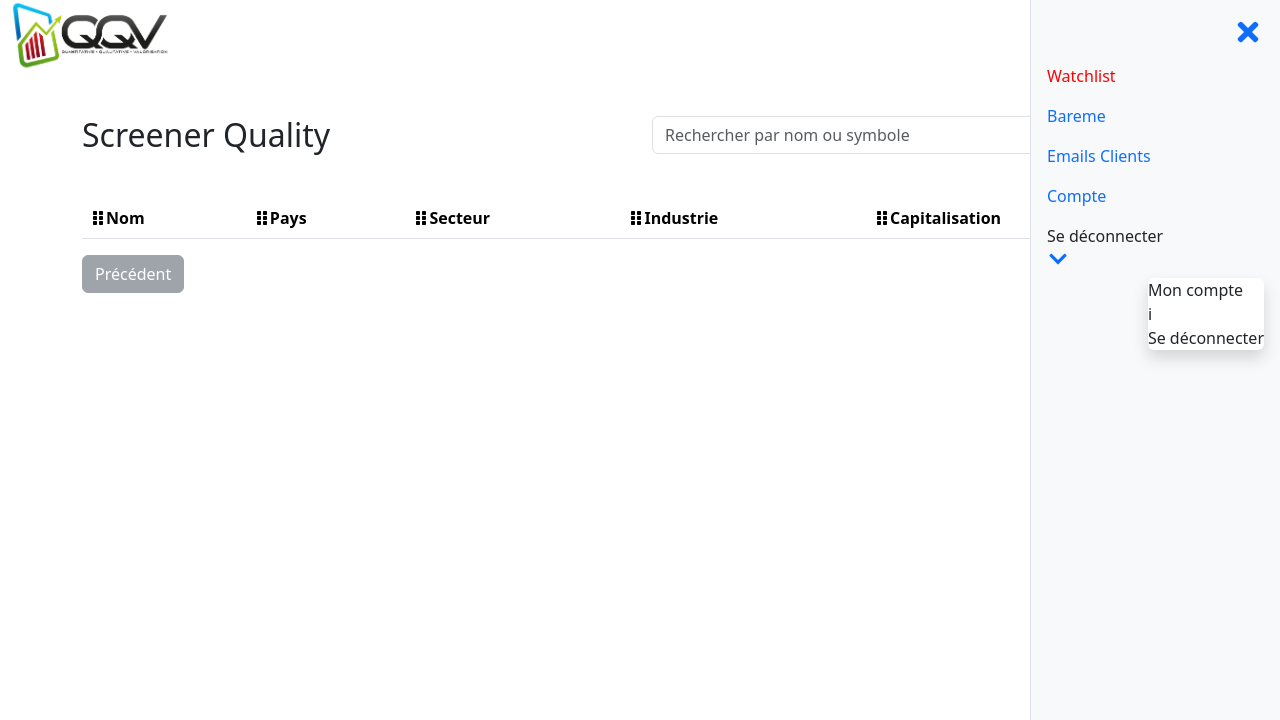
Repository: adamaadev/comeup
Page: /watchlist (app in admin/), after clicking the first element matching `button.btn`
These files come from the project's save history. The page is drawn as it stood at one moment and after the next save; the edit follows.
The browser window is 1280 px wide. The pictures show the whole page.
The page's requests for data from a server got no answer. The project was rebuilt for these pictures with package versions that can differ from the ones it lists, and the page was loaded fresh each time. No one was signed in, and anything a server would have sent is missing. Also part of the build but not shown: admin/src/pages/Auth/Login.js, admin/src/pages/Home/Prix.js, admin/src/pages/Home/Douve.js, admin/src/pages/Home/Scenario.js, admin/src/pages/Services/Questions.js, admin/src/pages/Home/Analyse.js, admin/src/pages/Home/Foire.js, admin/src/pages/Home/Quali.js and 9 more.

Above is the page before, as saved 2024-09-09 17:00:12.

### admin/public/index.html
<!DOCTYPE html>
<html lang="en">
  <head>
    <meta charset="utf-8" />
    <link rel="icon" href="%PUBLIC_URL%/favicon.ico" />
    <meta name="viewport" content="width=device-width, initial-scale=1" />
    <meta name="theme-color" content="#000000" />
    <meta
      name="description"
      content="Web site created using create-react-app"
    />
    <link rel="apple-touch-icon" href="%PUBLIC_URL%/logo192.png" />
    <link href='https://cdn.jsdelivr.net/npm/boxicons@2.0.9/css/boxicons.min.css' rel='stylesheet'>

    <!--
      manifest.json provides metadata used when your web app is installed on a
      user's mobile device or desktop. See https://developers.google.com/web/fundamentals/web-app-manifest/
    -->
    <link rel="manifest" href="%PUBLIC_URL%/manifest.json" />
    <!--
      Notice the use of %PUBLIC_URL% in the tags above.
      It will be replaced with the URL of the `public` folder during the build.
      Only files inside the `public` folder can be referenced from the HTML.

      Unlike "/favicon.ico" or "favicon.ico", "%PUBLIC_URL%/favicon.ico" will
      work correctly both with client-side routing and a non-root public URL.
      Learn how to configure a non-root public URL by running `npm run build`.
    -->
    <title>React App</title>
  </head>
  <body>
    <noscript>You need to enable JavaScript to run this app.</noscript>
    <div id="root"></div>
    <!--
      This HTML file is a template.
      If you open it directly in the browser, you will see an empty page.

      You can add webfonts, meta tags, or analytics to this file.
      The build step will place the bundled scripts into the <body> tag.

      To begin the development, run `npm start` or `yarn start`.
      To create a production bundle, use `npm run build` or `yarn build`.
    -->
  </body>
</html>

### admin/src/index.js
import React from 'react';
import App from './App';
import './pages/style/index.css';
import ReactDOM from 'react-dom/client';
import 'bootstrap/dist/css/bootstrap.min.css';

const root = ReactDOM.createRoot(document.getElementById('root'));
root.render(
    <App />
);

### admin/src/App.js
import React, { useEffect, useState } from 'react'
import axios from 'axios';
import Home from './pages/Home/Home';
import Login from './pages/Auth/Login';
import WatchList from './pages/Home/Watchlist';
import Details from './pages/Home/Details';
import Setting from './pages/Home/Setting';
import Forget from './pages/Auth/Forget';
import Screener from './pages/Home/Screener';
import ResetPassword from './pages/Auth/ResetPassword';
import Signup from './pages/Auth/Signup';
import Gestion from './pages/Home/Gestion';
import { BrowserRouter , Routes , Route , Navigate} from 'react-router-dom';
import Bareme from './pages/Home/Bareme';

export default function App() {
  const [auth, setauth] = useState(false);
  const type = "admin";

  axios.defaults.withCredentials = true;
  useEffect(() => {
    axios.post('http://localhost:4000/',{ type }).then(res => {
      if (res.data.success) {
        setauth(true);
      }
    });
  }, []);

  return (
    <BrowserRouter>
      <Routes>
        <Route path='/' element = { <Home/> }>
          <Route path='/' element = {<Screener/> }/>
          <Route path='/watchlist' element = {<WatchList/>}/>
          <Route path='/gestion' element = {<Gestion/>}/>
          <Route path='/details/:symbol' element = {<Details/>}/>
          <Route path='/compte' element = {<Setting/>}/>
          <Route path='/bareme' element={<Bareme/>}/>
        </Route>
        <Route path='/forget' element = {auth ? <Navigate to="/" /> : <Forget/>}/>
        <Route path='/reset-password/:token' element = {auth ? <Navigate to="/" /> : <ResetPassword/>}/>
        <Route path='/login' element = {auth ? <Navigate to="/" /> :<Login />}/>
        <Route path='*' element = { auth ? <Navigate to="/" /> : <Login />}/>
        <Route path='/signup' element = { auth ? <Navigate to="/" /> : <Signup />}/>
      </Routes>
    </BrowserRouter>
  )
}

### admin/src/pages/style/index.css
.active{
    color: red;
}

  .table th {
    height: 60px; /* Hauteur fixe pour les th */
  }

  @media (max-width: 768px) {
    .table-responsive {
      overflow-x: auto;
    }

    .table th, .table td {
      font-size: 14px;
      height: auto;
    }

    .company-logo {
      width: 40px;
      height: 40px;
    }
  }
  .text-center {
    text-align: center;
  }

  .symbol{
    font-weight: bold;
  }

.kilo{
    display: inline-block;
  }

  .sidebar {
    transform: translateX(100%);
    transition: transform 0.3s ease-in-out;
  }

  .sidebar.open {
    transform: translateX(0);
  }

  .header-shadow {
    box-shadow: 0 2px 4px rgba(0,0,0,.1);
  }

  header{
    width: 100% !important;
  }

  .company-logo {
    width: 50px;
    height: 50px;
  }

  .nav-link {
    color: #6c757d; /* Couleur des onglets inactifs */
    font-weight: bold;
  }

  .nav-link.active {
    color: #007bff; /* Couleur de l'onglet actif */
    border-bottom: 3px solid #007bff; /* Soulignement bleu pour l'onglet actif */
  }

  .nav-link:hover {
    color: #0056b3; /* Changement de couleur au survol */
  }

  button.btn {
    display: flex;
    align-items: center;
    gap: 5px;
  }
  .container {
    .company-name {
      font-size: 1.5rem;
      font-weight: bold;
    }
    .stock-price {
      font-size: 1.2rem;
      color: #666;
    }
    .nav-tabs {
      border-bottom: 2px solid #dee2e6;
      .nav-link {
        color: #000;
        &.active {
          font-weight: bold;
          color: #007bff;
          border-bottom: 3px solid #007bff;
        }
      }
    }
    .chart-section {
      width: 70%;
      padding-right: 20px;
    }
    .info-section {
      width: 30%;
      background-color: #f8f9fa;
      padding: 20px;
      height: max-content;
      border-radius: 5px;
    }
  }

  .chart-container {
    position: relative;
    display: flex;
    flex-direction: column;
    align-items: center;
  }

  .chart-wrapper {
    position: relative;
    width: 100%;
    height: 400px;
  }

  .logo-overlay {
    position: absolute;
    top: 50%;
    left: 50%;
    width: 150px;
    height: 150px;
    transform: translate(-50%, -50%);
    pointer-events: none;
  }

  .grid-container {
    display: flex;
    flex-wrap: wrap;
    gap: 20px; /* Espacement entre les colonnes */
  }

  .grid-container ul {
    list-style-type: none;
    padding: 0;
    margin: 0;
    width: 45%; /* Chaque liste prendra environ la moitié de la largeur */
  }

  .grid-container h2 {
    width: 100%; /* Les titres prendront toute la largeur */
  }

  li {
    margin-bottom: 10px; /* Espacement entre les éléments */
  }

### admin/src/pages/Home/Home.js
import { useState, useEffect } from 'react';
import axios from 'axios';
import logo from '../Assets/logo.jpg';
import { NavLink, Outlet, useNavigate } from 'react-router-dom';
import { FaChevronDown, FaChevronUp, FaBars, FaTimes } from 'react-icons/fa';

export default function Home() {
  const type = "admin";
  const navigate = useNavigate();
  const [name, setName] = useState('');
  const [isMenuOpen, setIsMenuOpen] = useState(false);
  const [isSidebarOpen, setIsSidebarOpen] = useState(false);
  const [hasScrolled, setHasScrolled] = useState(false);

  useEffect(() => {
    axios.post('http://localhost:4000/', { type })
      .then(res => {
        setName(res.data.username);
        if (!res.data.success) {
          navigate('/login');
        }
      });
  }, [navigate]);

  useEffect(() => {
    const handleScroll = () => {
      if (window.scrollY > 0) {
        setHasScrolled(true);
      } else {
        setHasScrolled(false);
      }
    };

    window.addEventListener('scroll', handleScroll);
    return () => {
      window.removeEventListener('scroll', handleScroll);
    };
  }, []);

  const handleLogout = () => {
    axios.post('http://localhost:4000/logout', { type })
      .then(res => {
        if (res.data.success) {
          window.location.reload(true);
        }
      });
  };

  return (
    <div className="d-flex">
      <div className="flex-grow-1 p-3">
        <header className={`d-flex justify-content-between align-items-center py-3 ${hasScrolled ? 'header-shadow' : ''}`} style={{ position: 'fixed', top: 0, left: 0, width: '100%', height: "10%", backgroundColor: '#fff', zIndex: 1000 }}>
          <NavLink to="/" style={{ textDecoration: 'none' }}>
            <img src={logo} style={{ maxWidth: '180px', maxHeight: '180px', display: 'block', margin: '0 auto' }} alt="Logo" />
          </NavLink>
          <button onClick={() => setIsSidebarOpen(!isSidebarOpen)} className="btn btn-link p-0 d-flex align-items-center">
            <FaBars color='#2a2a2a' size={30} />
          </button>
        </header>
        <div style={{ marginTop: '100px' }}>
          <Outlet />
        </div>
      </div>
      {isSidebarOpen && (
        <aside className={`bg-light border-start p-3 position-fixed top-0 end-0 vh-100 sidebar ${isSidebarOpen ? 'open' : ''}`} style={{ minWidth: '250px', zIndex: '1000' }}>
          <button onClick={() => setIsSidebarOpen(false)} className="btn btn-link p-0 position-absolute top-0 end-0 m-3">
            <FaTimes size={30} />
          </button>
          <nav className="d-flex flex-column mt-5">
            <NavLink to={'/watchlist'} style={{ textDecoration: 'none' }} className="mb-3">Watchlist</NavLink>
            <NavLink to={'/bareme'} style={{ textDecoration: 'none' }} className="mb-3">Bareme</NavLink>
            <NavLink to={'/gestion'} style={{ textDecoration: 'none' }} className="mb-3">Emails Clients</NavLink>
            <NavLink to={'/compte'} style={{ textDecoration: 'none' }} className="mb-3">Compte</NavLink>
            <button onClick={handleLogout} className="dropdown-item btn btn-link" style={{ textDecoraton: 'none' }}>Se déconnecter</button>

            <div className="d-flex align-items-center position-relative">
              <button onClick={() => setIsMenuOpen(!isMenuOpen)} className="btn btn-link p-0 d-flex align-items-center" style={{ textDecoration: 'none' }}>
                {name}
                {isMenuOpen ? <FaChevronUp size={20} /> : <FaChevronDown size={20} />}
              </button>
                <div className="position-absolute top-100 end-0 bg-white shadow rounded mt-2">
                  <NavLink to={'/compte'} className="dropdown-item" style={{ textDecoration: 'none' }}>Mon compte</NavLink>
                 i <button onClick={handleLogout} className="dropdown-item btn btn-link" style={{ textDecoraton: 'none' }}>Se déconnecter</button>
                </div>
            </div>
          </nav>
        </aside>
      )}
    </div>
  );
}

Loaded but not shown: admin/src/pages/Home/Watchlist.js (395 lines, source omitted)

After the next save:
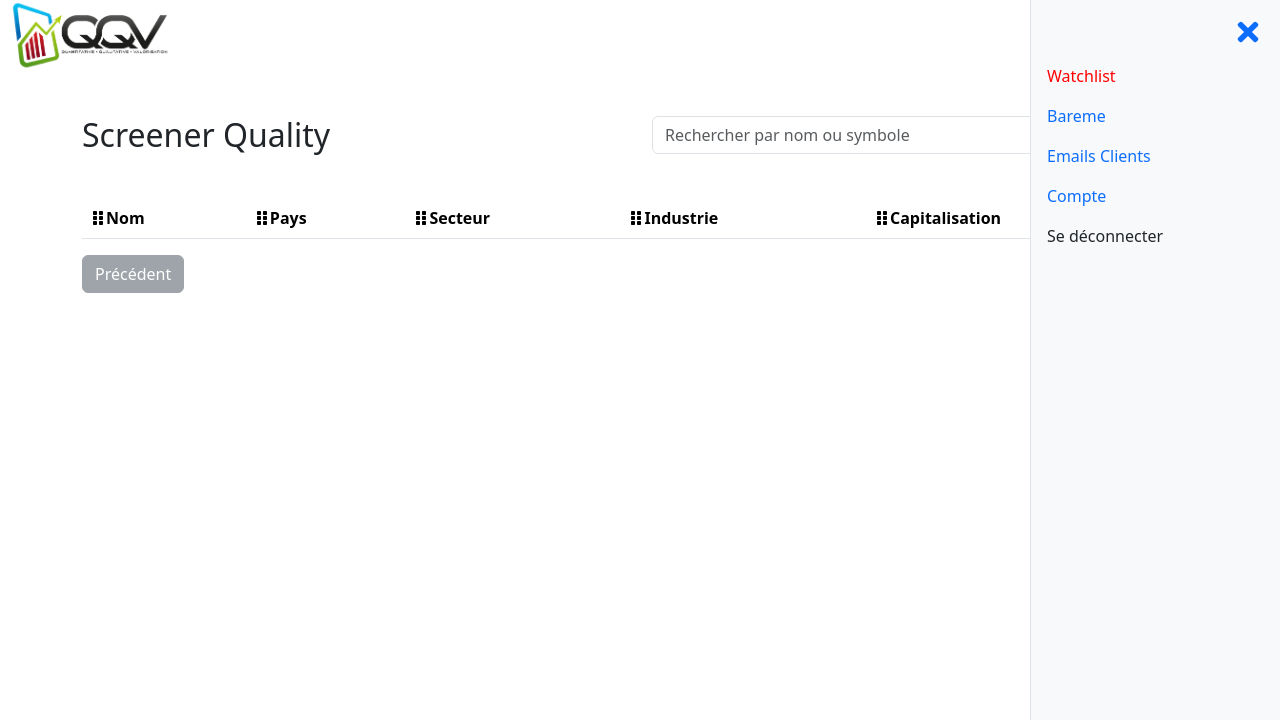
Saved 27 s later.
--- a/admin/src/pages/Home/Home.js
+++ b/admin/src/pages/Home/Home.js
@@ -72,17 +72,6 @@ export default function Home() {
             <NavLink to={'/gestion'} style={{ textDecoration: 'none' }} className="mb-3">Emails Clients</NavLink>
             <NavLink to={'/compte'} style={{ textDecoration: 'none' }} className="mb-3">Compte</NavLink>
             <button onClick={handleLogout} className="dropdown-item btn btn-link" style={{ textDecoraton: 'none' }}>Se déconnecter</button>
-
-            <div className="d-flex align-items-center position-relative">
-              <button onClick={() => setIsMenuOpen(!isMenuOpen)} className="btn btn-link p-0 d-flex align-items-center" style={{ textDecoration: 'none' }}>
-                {name}
-                {isMenuOpen ? <FaChevronUp size={20} /> : <FaChevronDown size={20} />}
-              </button>
-                <div className="position-absolute top-100 end-0 bg-white shadow rounded mt-2">
-                  <NavLink to={'/compte'} className="dropdown-item" style={{ textDecoration: 'none' }}>Mon compte</NavLink>
-                 i <button onClick={handleLogout} className="dropdown-item btn btn-link" style={{ textDecoraton: 'none' }}>Se déconnecter</button>
-                </div>
-            </div>
           </nav>
         </aside>
       )}
